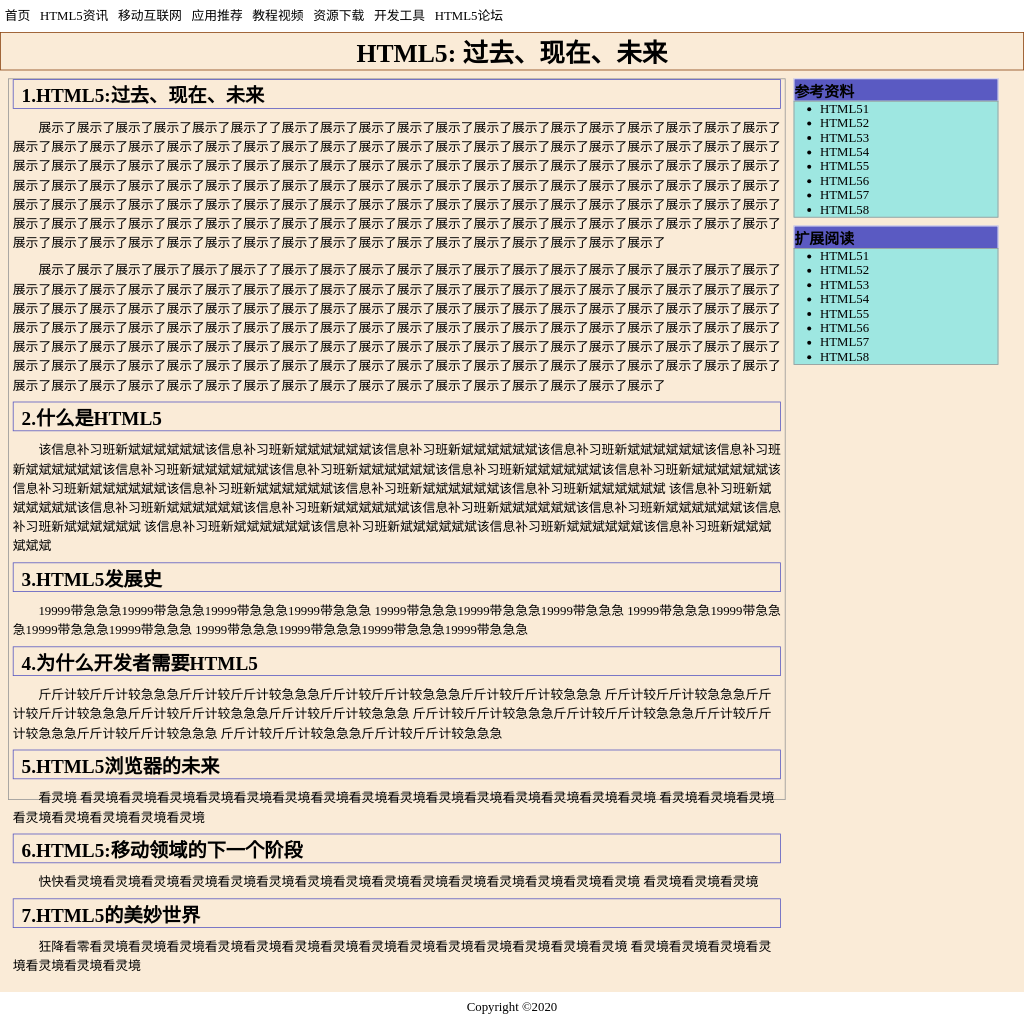
Repository: LstHeart/html-learning
Page: css/案例作业2.html
These files come from the project's save history. The page is drawn as it stood at one moment and after the next save; the edit follows.
The browser window is 1280 px wide. The pictures show the whole page, at 80% of full size.

Above is the page before, as saved 2021-01-05 22:41:13.

After the next save:
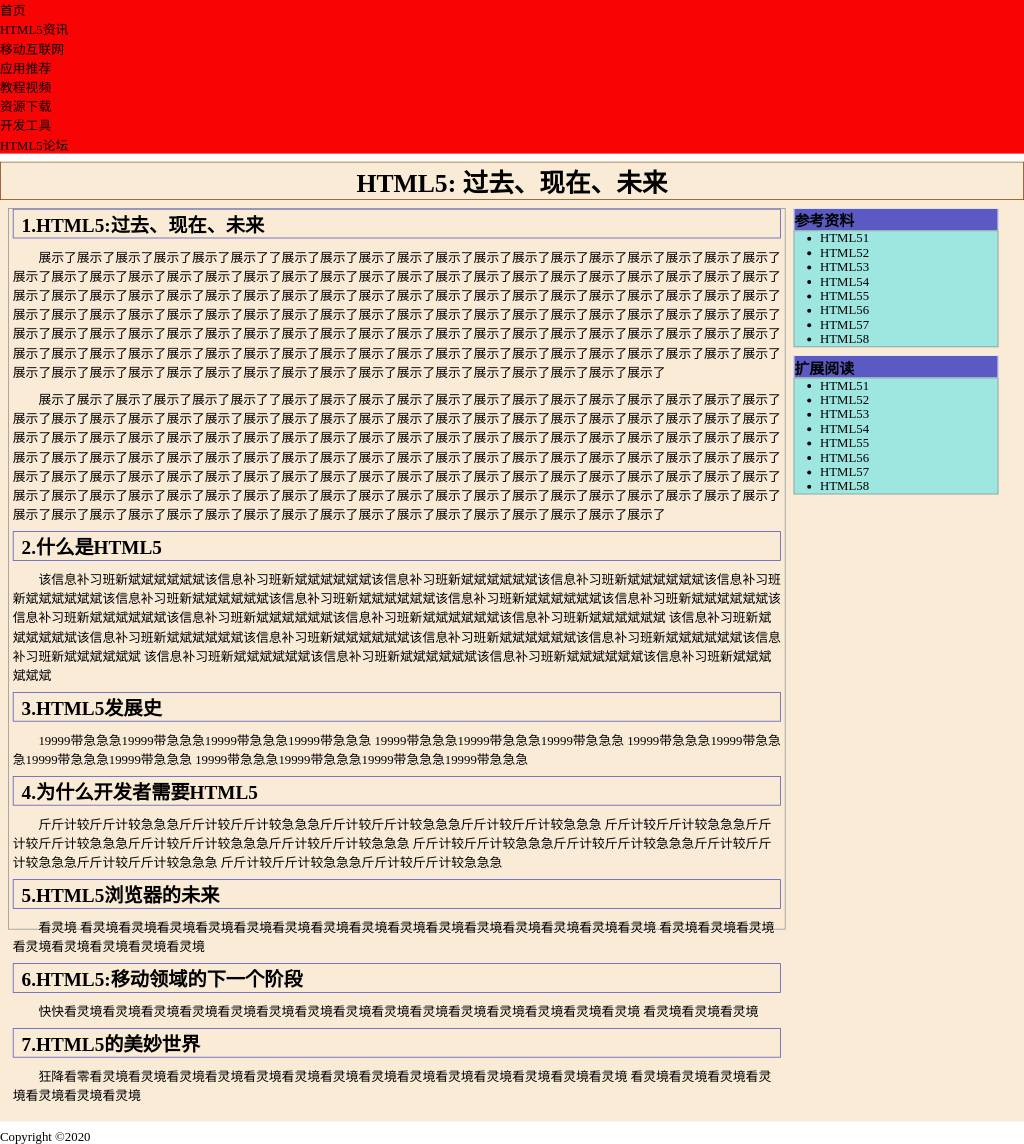
Saved 44 s later.
--- a/css/html5.css
+++ b/css/html5.css
@@ -13,12 +13,12 @@
     margin: 0 auto;
     background-color: rgb(248, 4, 4);
 }
-.header,.footer{
+/* .header,.footer{
     height: 30px;
     /* background-color: #5a5ac2; */
     margin: 0px auto;
     text-align: center;
-}
+} */
 .header li{
     float: left;
     margin:5px 5px;

After the save that followed:
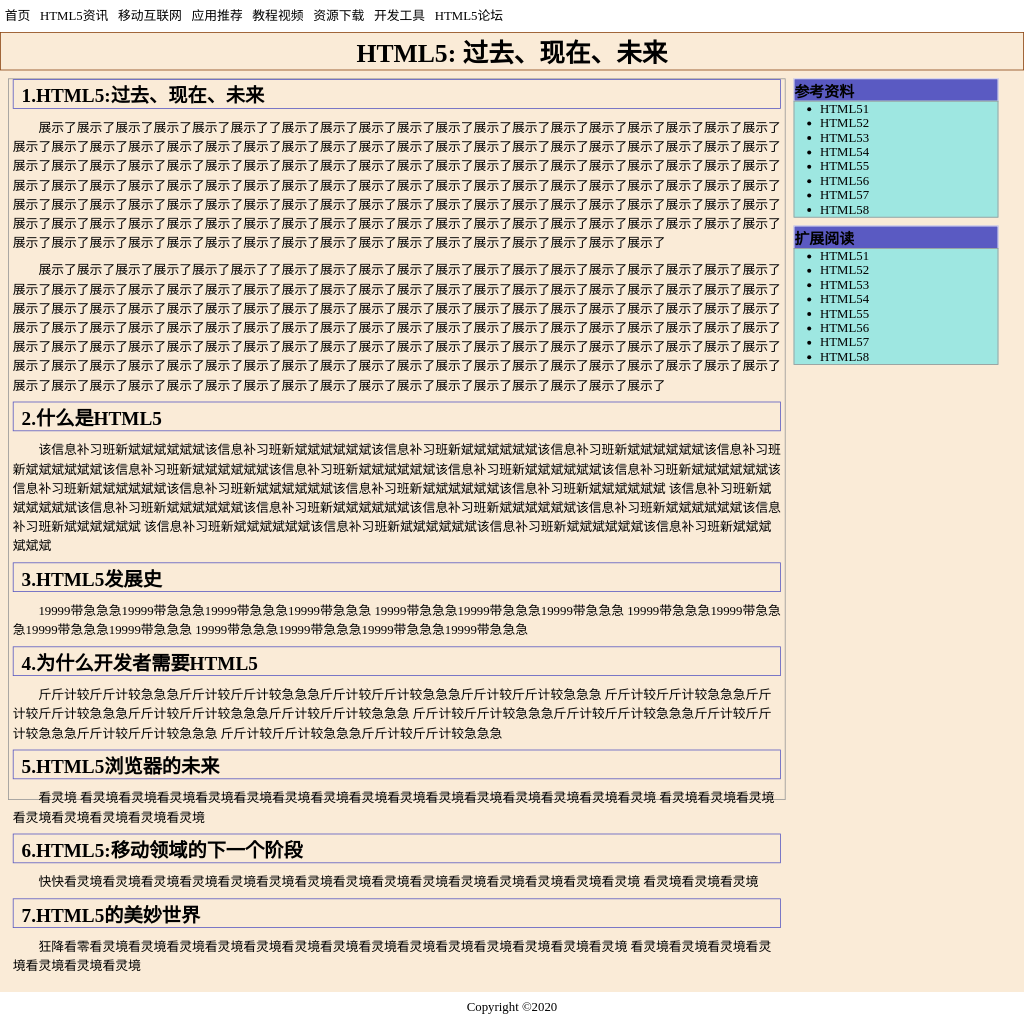
Saved 14 s later.
--- a/css/html5.css
+++ b/css/html5.css
@@ -13,12 +13,12 @@
     margin: 0 auto;
     background-color: rgb(248, 4, 4);
 }
-/* .header,.footer{
+.header,.footer{
     height: 30px;
     /* background-color: #5a5ac2; */
     margin: 0px auto;
     text-align: center;
-} */
+}
 .header li{
     float: left;
     margin:5px 5px;
